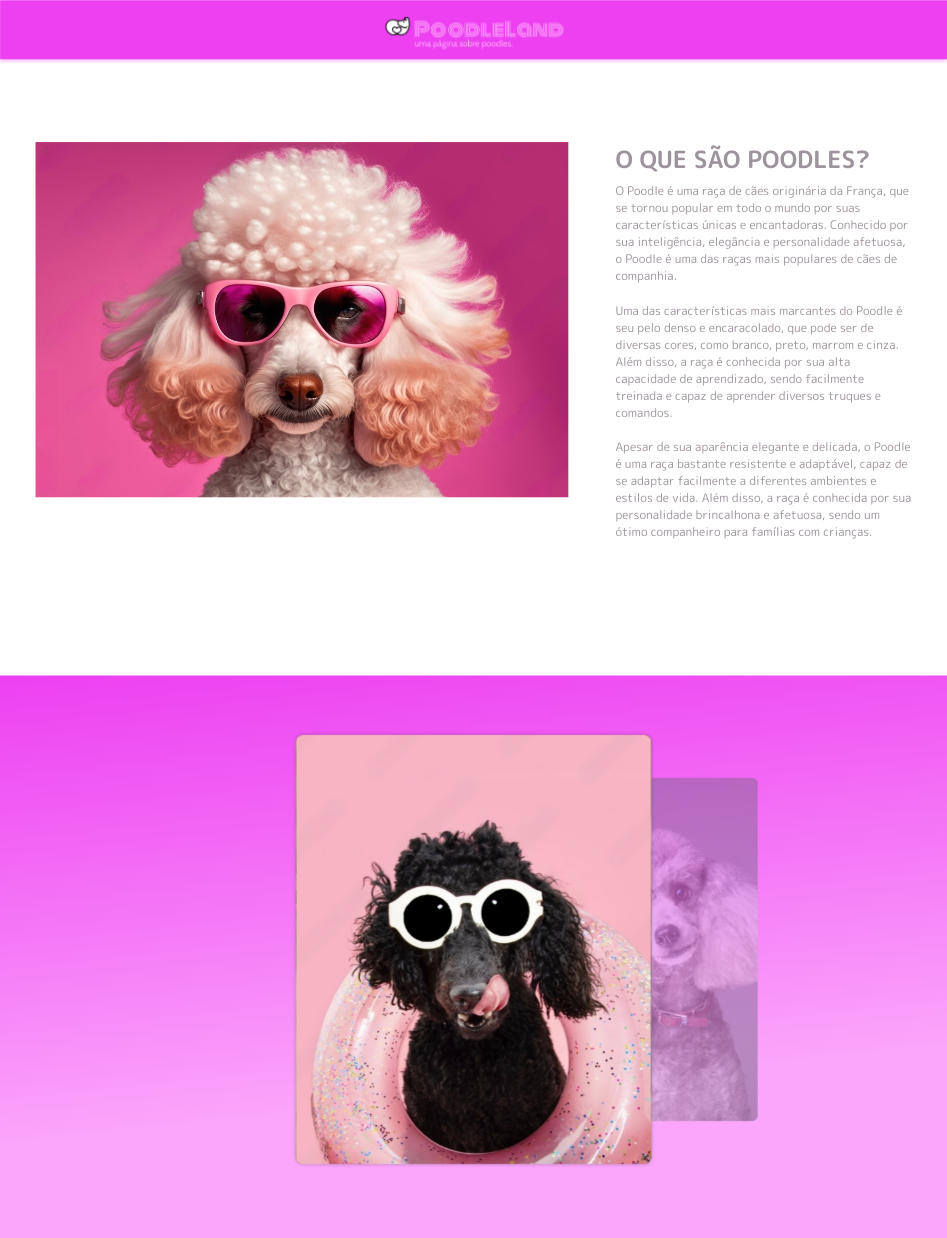
Repository: vinibalt/PoodleLand
Page: poddlelandia.html
The author's editor kept a copy of each file at every save. The page is drawn from the files as they stood at one save, then again after a run of saves.
The browser window is 1280 px wide. The pictures show the whole page, at 74% of full size.
The first `#item-1` is checked.

Above is the page before, as saved 2023-05-12 21:48:26.

### poddlelandia.html
<!DOCTYPE html>
<html lang="en">

<head>
    <meta charset="UTF-8">
    <meta http-equiv="X-UA-Compatible" content="IE=edge">
    <meta name="viewport" content="width=device-width, initial-scale=1.0">
    <link rel="stylesheet" href="./assets/css/styles.css">
    <title> PoodleLand </title>
</head>

<body>
    <header class="header">
        <div class="content">
            <img src="./assets/img/logo-poodleland.png" alt="" height="60px">
        </div>
    </header>

    <section class="section-one row">
        <div class="img-one">
            <img src="./assets/img/poddle-lindo.jpeg" alt="" height="480px">
        </div>

        <div class="text-one">
            <h1>O QUE SÃO POODLES?</h1>
            <p>
                O Poodle é uma raça de cães originária da França, que se tornou popular em todo o mundo por suas
                características únicas e encantadoras. Conhecido por sua inteligência, elegância e personalidade
                afetuosa, o Poodle é uma das raças mais populares de cães de companhia. <br><br>
                Uma das características mais marcantes do Poodle é seu pelo denso e encaracolado, que pode ser de
                diversas cores, como branco, preto, marrom e cinza. Além disso, a raça é conhecida por sua alta
                capacidade de aprendizado, sendo facilmente treinada e capaz de aprender diversos truques e comandos.
                <br><br>
                Apesar de sua aparência elegante e delicada, o Poodle é uma raça bastante resistente e adaptável, capaz
                de se adaptar facilmente a diferentes ambientes e estilos de vida. Além disso, a raça é conhecida por
                sua personalidade brincalhona e afetuosa, sendo um ótimo companheiro para famílias com crianças.
                <br><br>

            </p>
        </div>
    </section>

    <section class="section-carousel">

        <div class="container">
            <input type="radio" name="slider" id="item-1" checked>
            <input type="radio" name="slider" id="item-2">
            <input type="radio" name="slider" id="item-3">
            <input type="radio" name="slider" id="item-4">
            <input type="radio" name="slider" id="item-5">
          <div class="cards">
            <label class="card" for="item-1" id="song-1">
              <img class="img-carousel" src="./assets/img/poodle-praiano.jpeg" alt="song">
            </label>
            <label class="card" for="item-2" id="song-2">
              <img class="img-carousel" src="./assets/img/poodle-cinza-transformed.jpeg" alt="song">
            </label>
            <label class="card" for="item-3" id="song-3">
              <img class="img-carousel" src="./assets/img/poodle-varias-cores-transformed.jpeg" alt="song">
            </label>
            <label class="card" for="item-4" id="song-4">
                <img class="img-carousel" src="./assets/img/poodle-fofo.jpg" alt="song">
            </label>
            <label class="card" for="item-5" id="song-5">
                <img class="img-carousel" src="./assets/img/poodle-bnw.jpeg" alt="song">
            </label>
          </div>
        </div>

    </section>

    <section class="section-two">

    </section>

    <footer>

    </footer>
</body>

</html>

### assets/css/styles.css
@import url('https://fonts.googleapis.com/css2?family=Heebo:wght@300;400;500;600;700;800;900&display=swap');
@import url('https://fonts.googleapis.com/css2?family=M+PLUS+Rounded+1c:wght@100;300;400;500;700;800;900&display=swap');
/* font-family: 'Heebo', sans-serif; */

* {
    padding: 0;
    margin: 0;

    font-family: 'M PLUS Rounded 1c', sans-serif;
}

body {
    scroll-behavior: smooth;
}

.header {
    height: 80px;
    position: sticky;
    top: 0;
    background-color: #ed40f1;
    box-shadow: 0px 3px 5px 0px rgba(255,171,252,1);

    justify-content: center;
    align-items: center;
    text-align: center;

    z-index: 2;
}

.content img {
    padding-top: 1rem;
    border-radius: .5rem;

    border-radius: 8px;
}

.section-one {
    height: auto;
    padding-top: 4rem;

    padding: 4rem 1rem 8rem 1rem;
    color: #9c939c;
}

.img-one, .text-one{
    padding: 3rem 2rem 2rem;
}

.text-one {

}

.text-one > h1 {
 font-size: 32px;
 font-weight: 700;

 padding-bottom: .5rem;
}

.text-one > p {
    font-size: 16px;
    font-weight: 400;
}

.section-carousel {
    height: 700px;
    /* background-color: #fba5fb; */
    background: rgb(237,64,241);
    background: linear-gradient(174deg, rgba(237,64,241,1) 0%, rgba(251,165,251,1) 71%);
}








.row {
    display: flex;
    flex-direction: row;
}

.column {
    display: flex;
    flex-direction: column;
}







@import url("https://fonts.googleapis.com/css?family=DM+Sans:400,500,700&display=swap");



.section-carousel {
  display: flex;
  align-items: center;
  justify-content: center;
  padding: 30px 10px;
  font-family: 'DM Sans', sans-serif;
  transition: background .4s ease-in;
  background-color: #c394f8;

  &.blue {
    background-color: #428aa6;
  }
}

input[type=radio] {
  display: none;
}

.card {
  position: absolute;
  width: 60%;
  height: 100%;
  left: 0;
  right: 0;
  margin: auto;
  transition: transform .4s ease;
  cursor: pointer;
}

.container {
  width: 100%;
  max-width: 800px;
  max-height: 600px;
  height: 100%;
  transform-style: preserve-3d;
  display: flex;
  justify-content: center;
  flex-direction: column;
  align-items: center;
}

.cards {
  position: relative;
  width: 100%;
  height: 100%;
  margin-bottom: 20px;

  z-index: 1;
}

.img-carousel {
  width: 100%;
  height: 100%;
  border-radius: 10px;
  object-fit: cover;
}

#item-1:checked ~ .cards #song-3, #item-2:checked ~ .cards #song-1, #item-3:checked ~ .cards #song-2, #item-4:checked ~ {
  transform: translatex(-40%) scale(.8);
  opacity: .4;
  z-index: 0;
}

#item-1:checked ~ .cards #song-2, #item-2:checked ~ .cards #song-3, #item-3:checked ~ .cards #song-1 #item-4  {
  transform: translatex(40%) scale(.8);
  opacity: .4;
  z-index: 0;
}

#item-1:checked ~ .cards #song-1, #item-2:checked ~ .cards #song-2, #item-3:checked ~ .cards #song-3 {
  transform: translatex(0) scale(1);
  opacity: 1;
  z-index: 1;

  img {
    box-shadow: 0px 0px 5px 0px rgba(81, 81, 81, 0.47);
  }
}

.player {
  background-color: #fff;
  border-radius: 8px;
  min-width: 320px;
  padding: 16px 10px;
}

.upper-part {
  position: relative;
  display: flex;
  align-items: center;
  margin-bottom: 12px;
  height: 36px;
  overflow: hidden;
}

.play-icon{ margin-right: 10px; }

.song-info {
  width: calc(100% - 32px);
  display: block;
}

.song-info .title {
  color: #403d40;
  font-size: 14px;
  line-height: 24px;
}

.sub-line {
  display: flex;
  justify-content: space-between;
  width: 100%;
}

.subtitle, .time {
  font-size: 12px;
  line-height: 16px;
  color: #c6c5c6;
}

.time {
  font-size: 12px;
  line-height: 16px;
  color: #a5a5a5;
  font-weight: 500;
  margin-left: auto;
}

.progress-bar {
  height: 3px;
  width: 100%;
  background-color: #e9efff;
  border-radius: 2px;
  overflow: hidden;
}

.progress {
  display: block;
  position: relative;
  width: 60%;
  height: 100%;
  background-color: #2992dc;
  border-radius: 6px;
}

.info-area {
  width: 100%;
  position: absolute;
  top: 0;
  left: 30px;
  transition: transform .4s ease-in;
}

#item-2:checked ~ .player #test {
  transform: translateY(0);
}

#item-2:checked ~ .player #test  {
  transform: translateY(-40px);
}

#item-3:checked ~ .player #test  {
  transform: translateY(-80px);
}

After the next 2 saves:
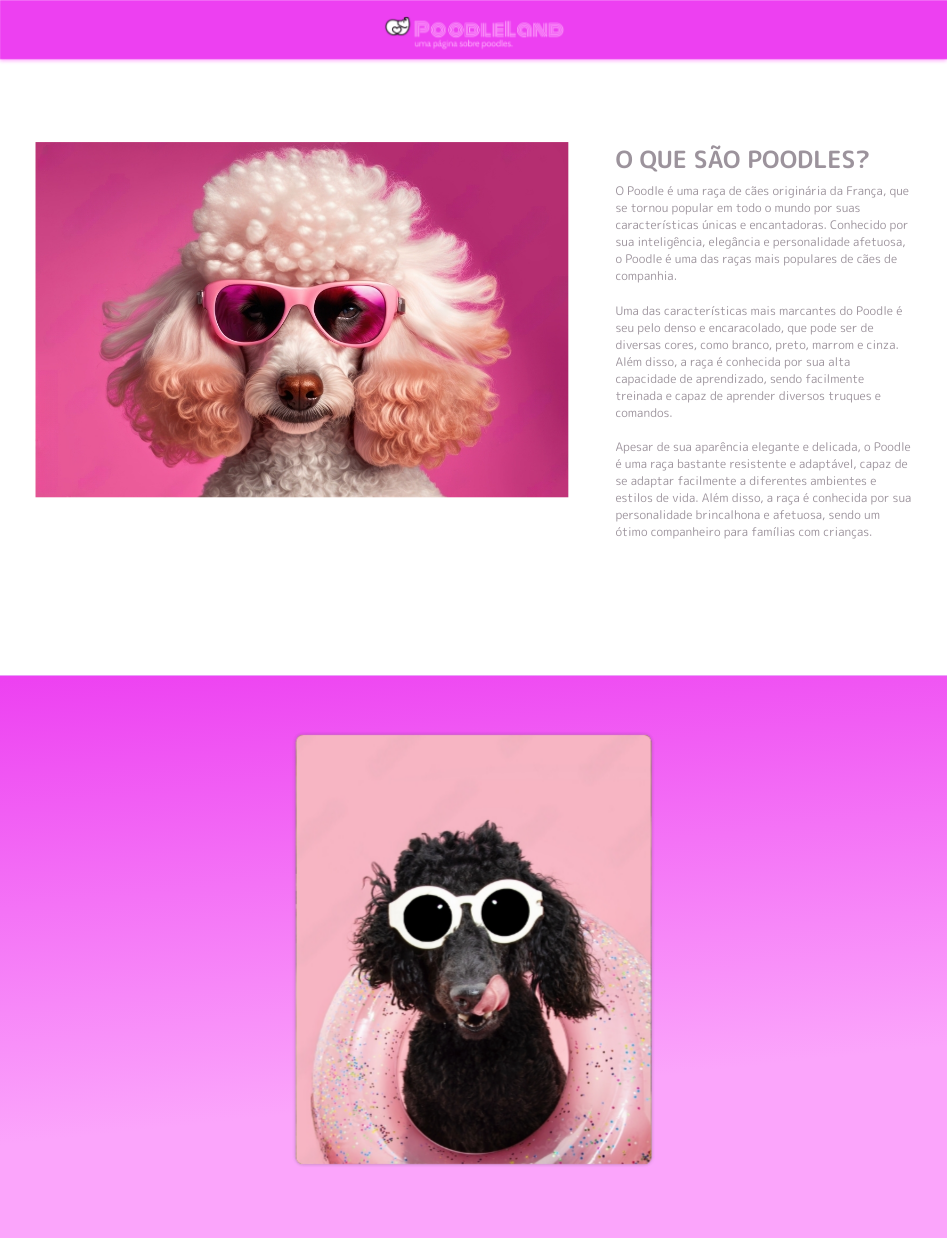
The 2 saves are shown as one change because they came seconds apart.
The last was saved 6 s later.
--- a/assets/css/styles.css
+++ b/assets/css/styles.css
@@ -159,7 +159,7 @@ input[type=radio] {
   z-index: 0;
 }
 
-#item-1:checked ~ .cards #song-2, #item-2:checked ~ .cards #song-3, #item-3:checked ~ .cards #song-1 #item-4  {
+#item-1:checked ~ .cards #song-2, #item-2:checked ~ .cards #song-3, #item-3:checked ~ .cards #song-1 #item-4:checked ~ {
   transform: translatex(40%) scale(.8);
   opacity: .4;
   z-index: 0;
